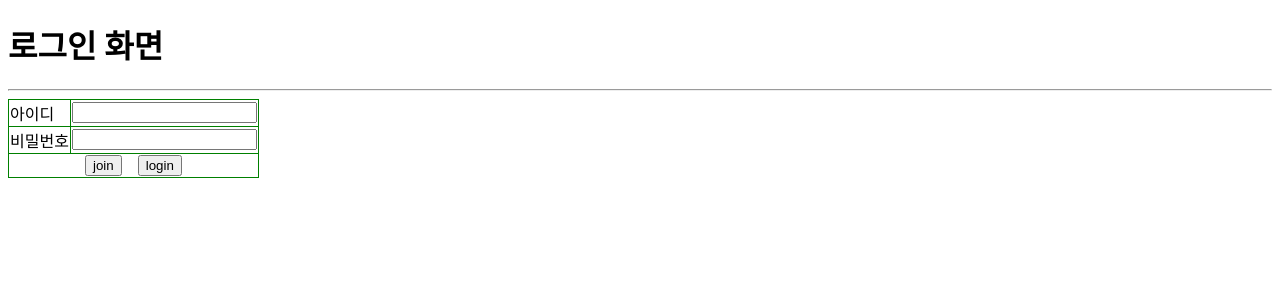
Repository: chuni90/bigdata
Page: http://localhost/tutorial_03/view/login.jsp
An editor plug-in stored every save of this project. The page is shown before and after the next save, followed by the edit.
The browser window is 1280 px wide. The pictures show the whole page.
The page is served by Tomcat 9. Other server files are loaded and not shown.

Above is the page before, as saved 2019-09-24 02:43:19.

### 2. Java DB/Oracle/tutorial_03/WebContent/view/login.jsp
<%@ page language="java" contentType="text/html; charset=UTF-8"
    pageEncoding="UTF-8"%>
<!DOCTYPE html PUBLIC "-//W3C//DTD HTML 4.01 Transitional//EN" "http://www.w3.org/TR/html4/loose.dtd">
<html>
	<head>
		<meta http-equiv="Content-Type" content="text/html; charset=UTF-8">
		<title>Insert title here</title>

		<!-- ,(쉼표)는 '그 안에'라는 의미이며 테이블 내에선 tr과 td가 중요한 CSS 요소임-->
		<style type="text/css">
			table{
				border-collapse: collapse;
			}

			table, tr, td{
				border : 1px solid green;
			}

		</style>
	</head>
	<body>
		<h1>로그인 화면</h1><hr>
		<form action = "login_pro.jsp" method="post">
			<table>
				<tr>
					<td>아이디</td>
					<td><input type="text" name="id"/></td>
				</tr>
				<tr>
					<td>비밀번호</td>
					<td><input type="password" name="pass"/></td>
				</tr>
				<tr align = "center">
					<!-- colspan="2"는 2칸을 1칸으로 합친 다는 의미 -->
					<td colspan="2"><input type="button" value = "join" onclick="join.jsp"/>
					&nbsp;&nbsp;&nbsp;<input type="submit" value = "login"/></td>
				</tr>
			</table>

		</form>

	</body>
</html>

After the next save:
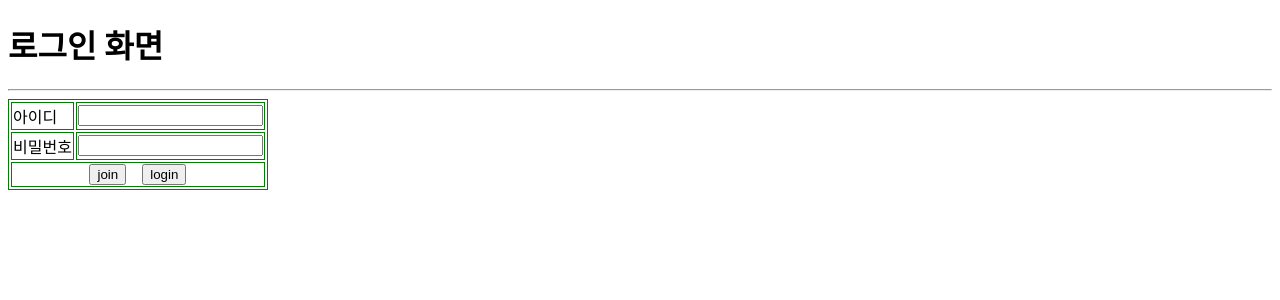
Saved 8 s later.
--- a/2. Java DB/Oracle/tutorial_03/WebContent/view/login.jsp
+++ b/2. Java DB/Oracle/tutorial_03/WebContent/view/login.jsp
@@ -9,7 +9,7 @@
 		<!-- ,(쉼표)는 '그 안에'라는 의미이며 테이블 내에선 tr과 td가 중요한 CSS 요소임-->
 		<style type="text/css">
 			table{
-				border-collapse: collapse;
+				border-collapse: solid collapse;
 			}
 
 			table, tr, td{
